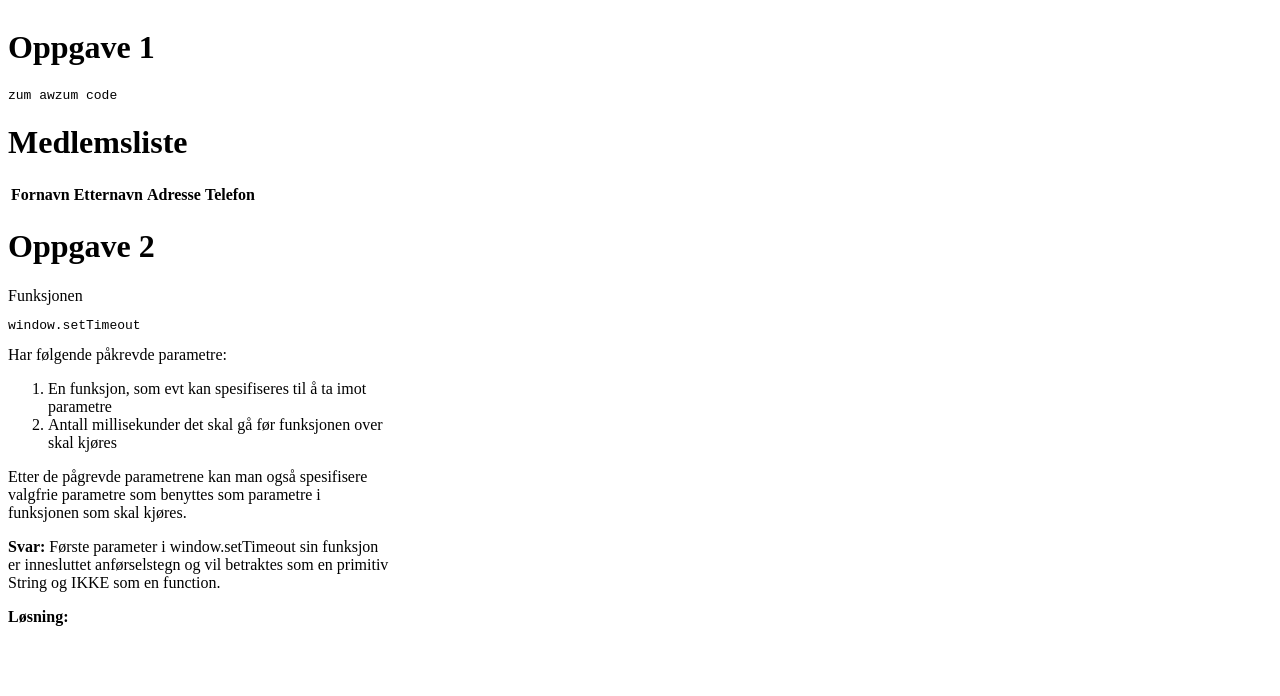
Repository: superdids/DAT152
Page: Oblig1/WebContent/index.html
The author's editor kept a copy of each file at every save. The page is drawn from the files as they stood at one save, then again after the next save.
The browser window is 1280 px wide. The pictures show the whole page.

Above is the page before, as saved 2015-09-04 10:58:58.

After the next save:
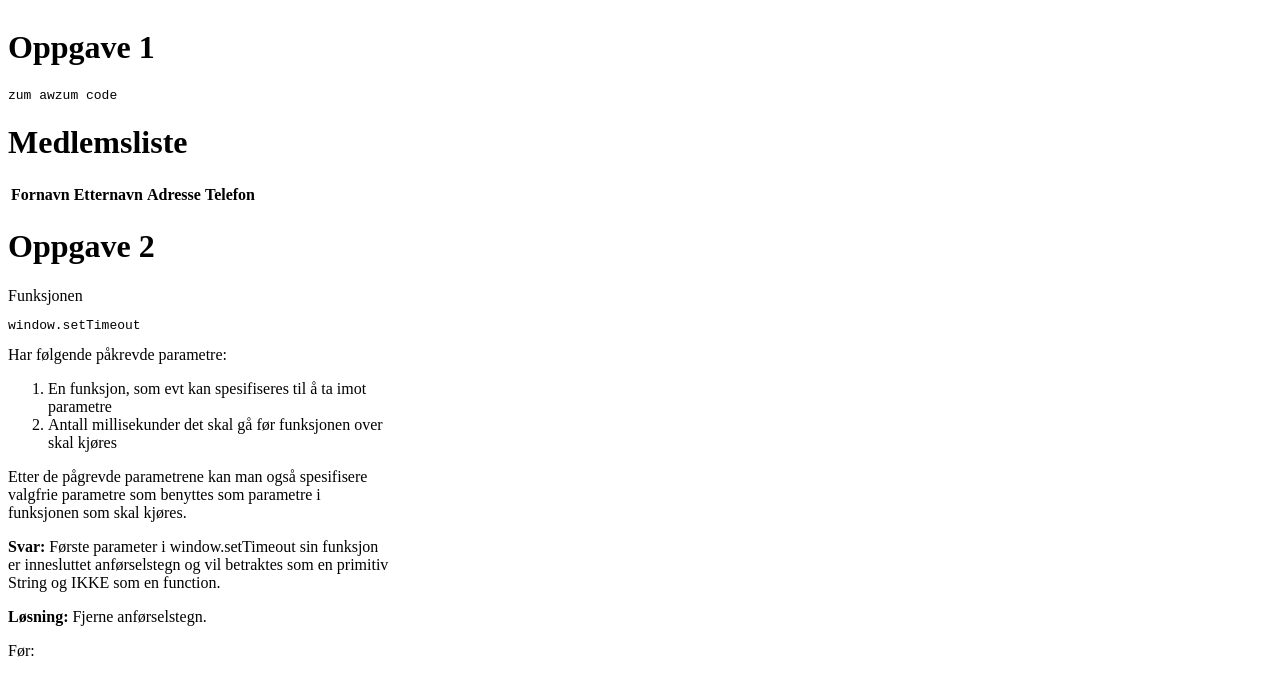
Saved 22 s later.
--- a/Oblig1/WebContent/index.html
+++ b/Oblig1/WebContent/index.html
@@ -38,7 +38,8 @@ som benyttes som parametre i funksjonen som skal kjøres.</p>
 <p><b>Svar: </b>Første parameter i window.setTimeout sin funksjon er innesluttet
 anførselstegn og vil betraktes som en primitiv String og IKKE som en function.</p>
 
-<p><b>Løsning: </b>
+<p><b>Løsning: </b>Fjerne anførselstegn.
+<p>Før: </p>
 
 </body>
 </html>
